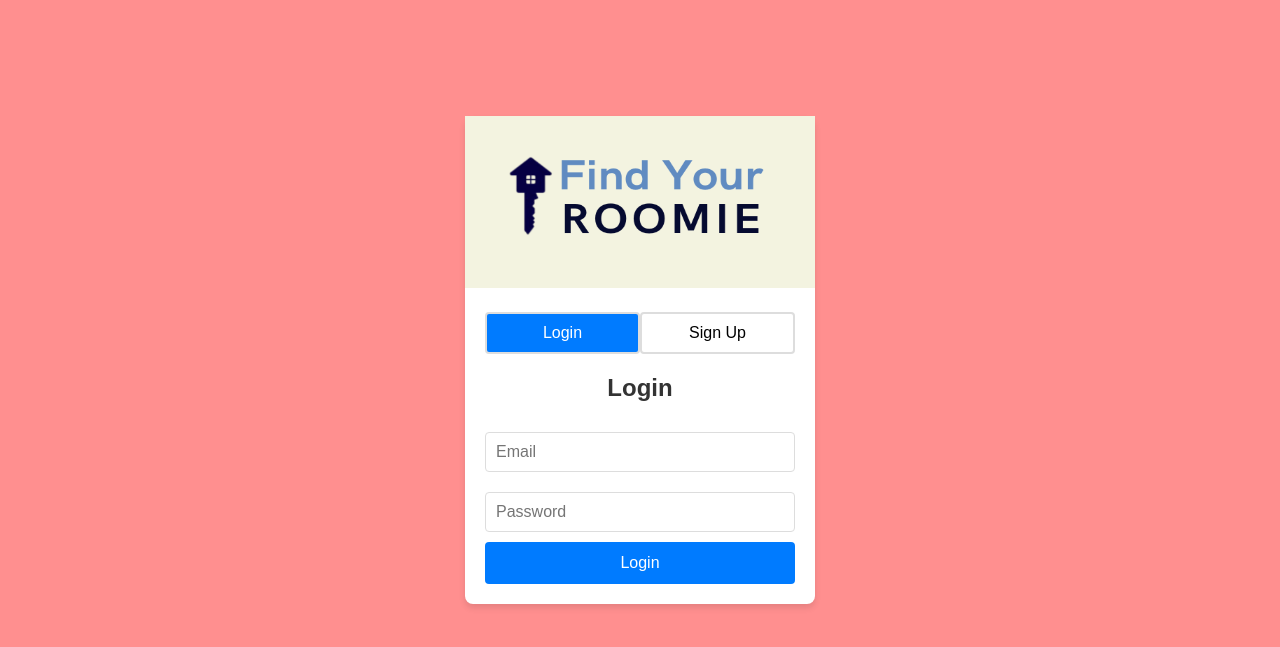
Repository: Sanjana-Inapakolla/Find-your-Roomie-website
Page: mini-project(jfst)/MiniProject/src/main/webapp/Login_signup.html
The author's editor kept a copy of each file at every save. The page is drawn from the files as they stood at one save, then again after the next save.
The browser window is 1280 px wide. The pictures show the whole page.

Above is the page before, as saved 2024-11-13 09:41:12.

### mini-project(jfst)/MiniProject/src/main/webapp/Login_signup.html
<!DOCTYPE html>
<html lang="en">
<head>
    <meta charset="UTF-8">
    <meta name="viewport" content="width=device-width, initial-scale=1.0">
    <title>Roommate Finder</title>
    <link rel="stylesheet" href="styles.css">
</head>
<body>

    <div class="container">
    <img src="images/logo.png" height =172 width=350>
        <div class="form-container">
            <div class="form-switch">
                <button class="switch-btn active" id="login-btn">Login</button>
                <button class="switch-btn" id="signup-btn">Sign Up</button>
            </div>

            <!-- Login Form -->
            <form id="login-form" class="form active" action="auth/login">
                <h2>Login</h2>
                <input type="email" name="email" placeholder="Email" required>
                <input type="password" name="password" placeholder="Password" required>
                <button type="submit" id="login" value="login">Login</button>
            </form>

            <!-- Sign Up Form -->
            <form id="signup-form" class="form" action="auth/register">
                <h2>Sign Up</h2>
                <input type="text" name="username" placeholder="Username" required>
                <input type="email" name="signupemail" placeholder="Email" required>
                <input type="password" name="signuppassword" placeholder="Password" required>
                <input type="password" name="confirmPassword" placeholder="Confirm Password" required>
                <button type="submit" id="signup" value="signup">Sign Up</button>
            </form>
            <div id="error"></div>
        </div>
    </div>

    <script src="https://ajax.googleapis.com/ajax/libs/jquery/3.6.0/jquery.min.js"></script>
    <script>
        document.getElementById('login-btn').addEventListener('click', function() {
    	$('#error').text("");
        document.getElementById('login-form').classList.add('active');
        document.getElementById('signup-form').classList.remove('active');
        document.getElementById('login-btn').classList.add('active');
        document.getElementById('signup-btn').classList.remove('active');
    });

    document.getElementById('signup-btn').addEventListener('click', function() {
    	$('#error').text("");
        document.getElementById('signup-form').classList.add('active');
        document.getElementById('login-form').classList.remove('active');
        document.getElementById('signup-btn').classList.add('active');
        document.getElementById('login-btn').classList.remove('active');
    });
    $(document).ready(function() {
        // Attach the click event directly to the submit button
        $('#signup').click(function(event) {
            event.preventDefault();  // Prevent form submission
            $('#error').text("");  // Clear previous error

            // Get values from the form inputs
            var email = $('input[name=signupemail]').val();
            var username = $('input[name="username"]').val();
            var password = $('input[name="signuppassword"]').val();
            var confirmPassword = $('input[name="confirmPassword"]').val();
            if (!password) { console.log("Password is empty."); }

            // Password validation
            var passwordValidation = /^(?=.*[A-Za-z])(?=.*\d)(?=.*[!@#$%^&*])[A-Za-z\d!@#$%^&*]{8,20}$/;

            // Validate the password format
            if (!passwordValidation.test(password)) {
                $('#error').text("Password must be between 8-20 characters and contain at least one letter, one digit, and one special character.");
                console.log('Password format invalid');
                return false;
            } else if (confirmPassword !== password) {
                $('#error').text("Passwords must match!");
                console.log('Passwords do not match');
                return false;
            } else {
                $('#error').text(""); // Clear previous error

                // If validation passes, submit the data via AJAX
                $.ajax({
                    url: 'auth/register',
                    method: 'POST',
                    data: {
                        username: username,
                        password: password,
                        email: email
                    },
                    complete: function(jqXHR) {
                        if (jqXHR.status === 200) {
                            alert("Signup successful!");
                            window.location = "form.html"
                        } else {
                            if(jqXHR.status=== 409){
                            	alert("Username or email already exists")
                            }
                            else{
                            	alert("Something went wrong!")
                            }
                        }
                    },
                    error: function() {
                        alert('Error connecting to server.');
                    }
                });
            }
        });
        $('#login').click(function(event){
        	event.preventDefault();

        	var email = $('input[name="email"]').val()
        	var password = $('input[name="password"]').val()
        	$('#error').text("");
        	$.ajax({
        		url: 'auth/login',
        		method: 'POST',
        		data: {
        			email: email,
        			password: password
        			},
        		complete: function(jqXHR){
        			if(jqXHR.status === 200){
        				alert('login successful!')
        				window.location = "home.html"
        			}
        			else if(jqXHR.status===404){
        				alert('login failed! No such user found')
        			}
        			else if(jqXHR.status===401){
        				alert('Wrong Password!')
        			}
        			else{
        				alert('Something went wrong!')
        			}
        		}
        	})
        });
    });

    </script>
</body>
</html>

### mini-project(jfst)/MiniProject/src/main/webapp/styles.css
@charset "ISO-8859-1";
* {
    margin: 0;
    padding: 0;
    box-sizing: border-box;
}

body {
    font-family: Arial, sans-serif;
    background-color: #ff8f8f;
    display: flex;
    justify-content: center;
    align-items: center;
    height: 100vh;
}

.container {
    background-color: #ffffff;
    width: 350px;
    border-radius: 8px;
    box-shadow: 0 4px 6px rgba(0, 0, 0, 0.1);
}

.form-container {
    padding: 20px;
}

.form-switch {
    display: flex;
    justify-content: space-around;
    margin-bottom: 20px;
}

.switch-btn {
    background-color: transparent;
    border: 2px solid #ddd;
    padding: 10px 20px;
    font-size: 16px;
    cursor: pointer;
    transition: background-color 0.3s;
    color: black;
}

.switch-btn:hover {
    background-color: #f0f0f0;
}

.switch-btn.active {
    background-color: #007bff;
    color: white;
}

.form {
    display: none;
}

.form.active {
    display: block;
}

form h2 {
    text-align: center;
    margin-bottom: 20px;
    color: #333;
}

input[type="email"],
input[type="text"],
input[type="password"] {
    width: 100%;
    padding: 10px;
    margin: 10px 0;
    border: 1px solid #ddd;
    border-radius: 4px;
    font-size: 16px;
}

button {
    width: 100%;
    padding: 12px;
    background-color: #007bff;
    color: white;
    border: none;
    border-radius: 4px;
    font-size: 16px;
    cursor: pointer;
    transition: background-color 0.3s;
}

button:hover {
    background-color: #0056b3;
}

After the next save:
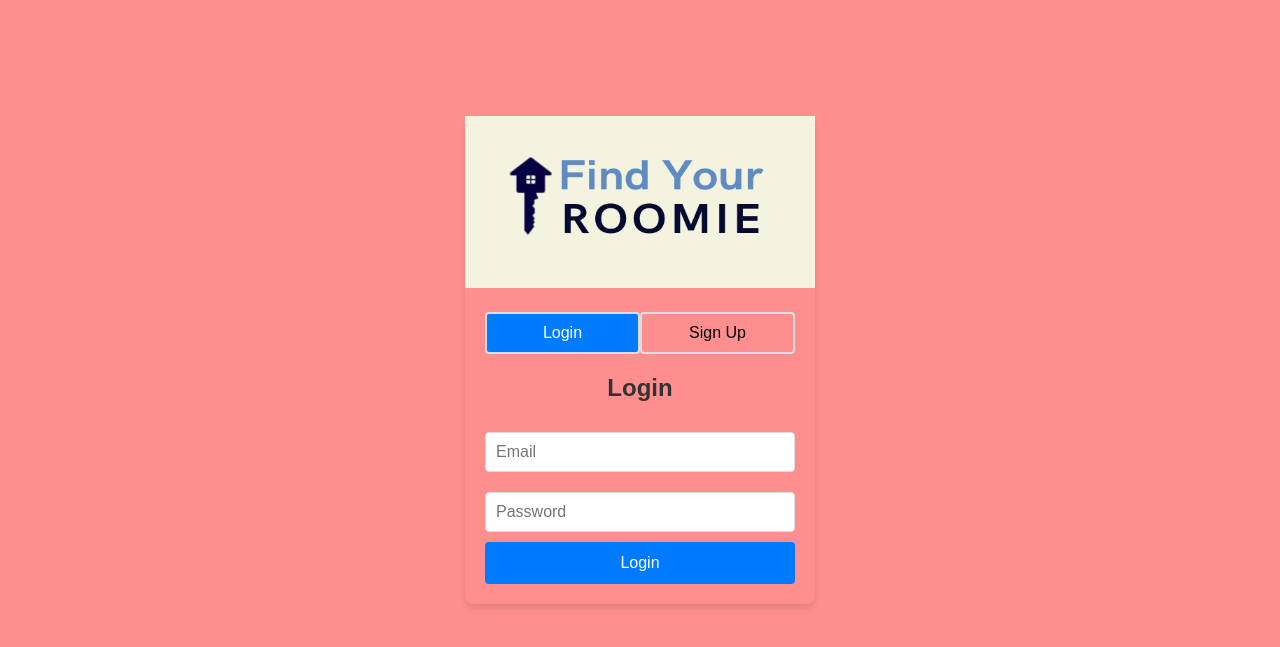
Saved 2 min 12 s later.
--- a/mini-project(jfst)/MiniProject/src/main/webapp/styles.css
+++ b/mini-project(jfst)/MiniProject/src/main/webapp/styles.css
@@ -15,7 +15,7 @@ body {
 }
 
 .container {
-    background-color: #ffffff;
+    background-color: #ff8f8f;
     width: 350px;
     border-radius: 8px;
     box-shadow: 0 4px 6px rgba(0, 0, 0, 0.1);
